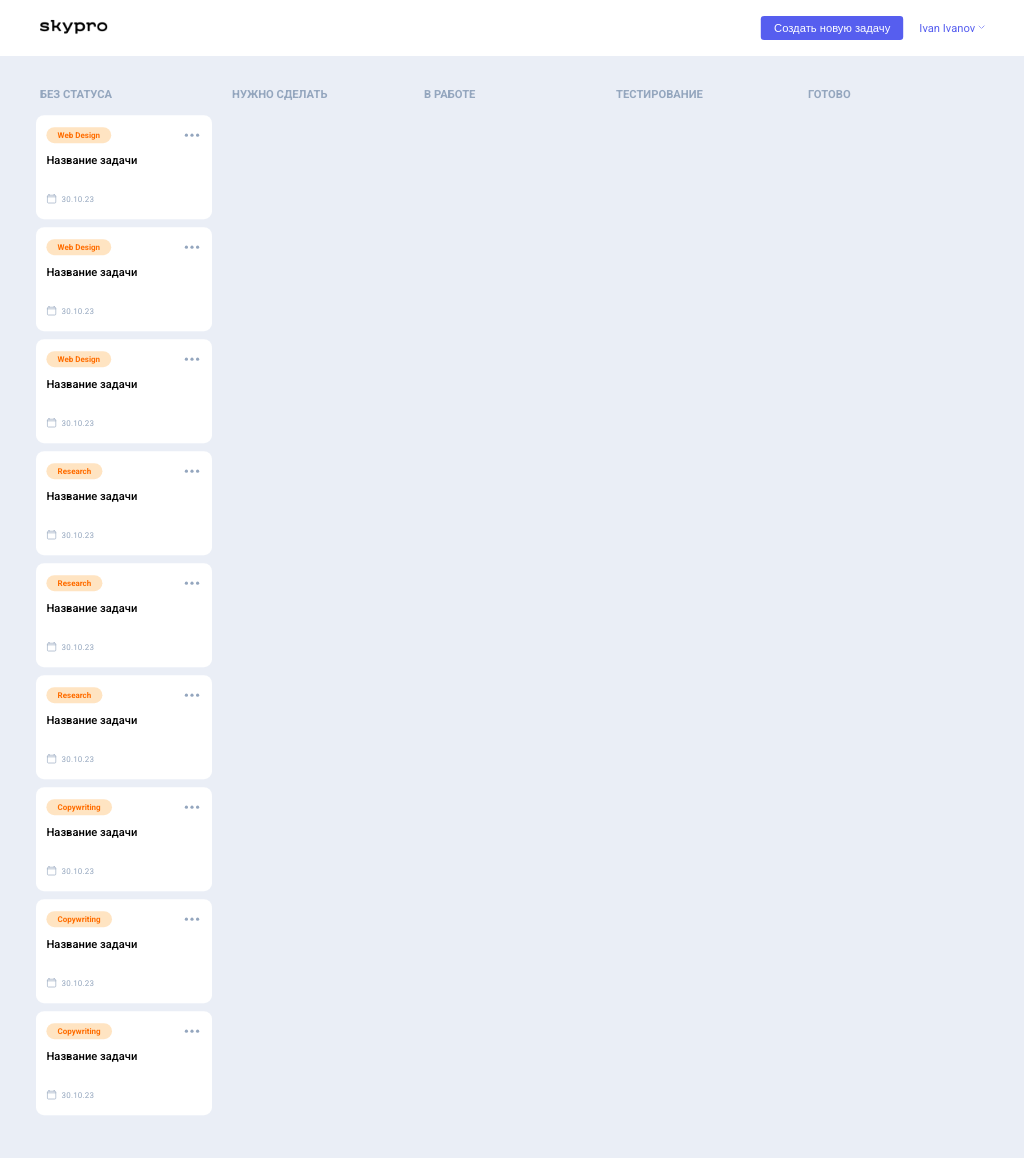
Repository: Olchik-resh/skypro-kanban
Page: /
These files come from the project's save history. The page is drawn as it stood at one moment and after the next save; the edit follows.
The browser window is 1280 px wide. The pictures show the whole page, at 80% of full size.
The project was rebuilt for these pictures with package versions that can differ from the ones it lists, and the page was loaded fresh each time. Also part of the build but not shown: vite.config.js.

Above is the page before, as saved 2025-07-27 13:45:24.

### index.html
<!doctype html>
<html lang="">
  <head>
    <meta charset="UTF-8" />
    <link rel="icon" href="/public/favicon.ico" />
    <meta name="viewport" content="width=device-width, initial-scale=1.0" />
    <link rel="preconnect" href="https://fonts.googleapis.com" />
    <link rel="preconnect" href="https://fonts.gstatic.com" crossorigin />
    <link
      href="https://fonts.googleapis.com/css2?family=Roboto+Flex:opsz,wght@8..144,200;8..144,300;8..144,400;8..144,700;8..144,800;8..144,900&family=Roboto:wght@400;500;700&display=swap"
      rel="stylesheet"
    />
    <title>Skypro</title>
  </head>
  <body>
    <div id="app"></div>
    <script type="module" src="/src/main.js"></script>
  </body>
</html>

### src/components/BaseHeader.vue
<template>
  <header class="header">
    <div class="container">
      <div class="header__block">
        <div class="header__logo _show _light">
          <a href="" target="_self"><img src="/src/assets/images/logo.png" alt="logo" /></a>
        </div>
        <div class="header__logo _dark">
          <a href="" target="_self"><img src="/src/assets/images/logo_dark.png" alt="logo" /></a>
        </div>
        <nav class="header__nav">
          <button class="header__btn-main-new _hover01" id="btnMainNew">
            <a href="#popNewCard">Создать новую задачу</a>
          </button>
          <UserModal />
        </nav>
      </div>
    </div>
  </header>
</template>

<script setup>
import UserModal from './UserModal.vue'
</script>

<style lang="scss" scoped></style>

### src/components/ExitModal.vue
<template>
  <div class="pop-exit__container">
    <div class="pop-exit__block">
      <div class="pop-exit__ttl">
        <h2>Выйти из аккаунта?</h2>
      </div>
      <form class="pop-exit__form" id="formExit" action="#">
        <div class="pop-exit__form-group">
          <button class="pop-exit__exit-yes _hover01" id="exitYes">
            <a href="modal/signin.html">Да, выйти</a>
          </button>
          <button class="pop-exit__exit-no _hover03" id="exitNo">
            <a href="main.html">Нет, остаться</a>
          </button>
        </div>
      </form>
    </div>
  </div>
</template>

<script setup></script>

<style lang="scss" scoped></style>

### src/components/NewCardModal.vue
<template>
  <div class="pop-new-card__container">
    <div class="pop-new-card__block">
      <div class="pop-new-card__content">
        <h3 class="pop-new-card__ttl">Создание задачи</h3>
        <a href="#" class="pop-new-card__close">&#10006;</a>
        <div class="pop-new-card__wrap">
          <form class="pop-new-card__form form-new" id="formNewCard" action="#">
            <div class="form-new__block">
              <label for="formTitle" class="subttl">Название задачи</label>
              <input
                class="form-new__input"
                type="text"
                name="name"
                id="formTitle"
                placeholder="Введите название задачи..."
                autofocus
              />
            </div>
            <div class="form-new__block">
              <label for="textArea" class="subttl">Описание задачи</label>
              <textarea
                class="form-new__area"
                name="text"
                id="textArea"
                placeholder="Введите описание задачи..."
              ></textarea>
            </div>
          </form>
          <div class="pop-new-card__calendar calendar">
            <p class="calendar__ttl subttl">Даты</p>
            <div class="calendar__block">
              <div class="calendar__nav">
                <div class="calendar__month">Сентябрь 2023</div>
                <div class="nav__actions">
                  <div class="nav__action" data-action="prev">
                    <svg
                      xmlns="http://www.w3.org/2000/svg"
                      width="6"
                      height="11"
                      viewBox="0 0 6 11"
                    >
                      <path
                        d="M5.72945 1.95273C6.09018 1.62041 6.09018 1.0833 5.72945 0.750969C5.36622 0.416344 4.7754 0.416344 4.41218 0.750969L0.528487 4.32883C-0.176162 4.97799 -0.176162 6.02201 0.528487 6.67117L4.41217 10.249C4.7754 10.5837 5.36622 10.5837 5.72945 10.249C6.09018 9.9167 6.09018 9.37959 5.72945 9.04727L1.87897 5.5L5.72945 1.95273Z"
                      />
                    </svg>
                  </div>
                  <div class="nav__action" data-action="next">
                    <svg
                      xmlns="http://www.w3.org/2000/svg"
                      width="6"
                      height="11"
                      viewBox="0 0 6 11"
                    >
                      <path
                        d="M0.27055 9.04727C-0.0901833 9.37959 -0.0901832 9.9167 0.27055 10.249C0.633779 10.5837 1.2246 10.5837 1.58783 10.249L5.47151 6.67117C6.17616 6.02201 6.17616 4.97799 5.47151 4.32883L1.58782 0.75097C1.2246 0.416344 0.633778 0.416344 0.270549 0.75097C-0.0901831 1.0833 -0.090184 1.62041 0.270549 1.95273L4.12103 5.5L0.27055 9.04727Z"
                      />
                    </svg>
                  </div>
                </div>
              </div>
              <div class="calendar__content">
                <div class="calendar__days-names">
                  <div class="calendar__day-name">пн</div>
                  <div class="calendar__day-name">вт</div>
                  <div class="calendar__day-name">ср</div>
                  <div class="calendar__day-name">чт</div>
                  <div class="calendar__day-name">пт</div>
                  <div class="calendar__day-name -weekend-">сб</div>
                  <div class="calendar__day-name -weekend-">вс</div>
                </div>
                <div class="calendar__cells">
                  <div class="calendar__cell _other-month">28</div>
                  <div class="calendar__cell _other-month">29</div>
                  <div class="calendar__cell _other-month">30</div>
                  <div class="calendar__cell _cell-day">31</div>
                  <div class="calendar__cell _cell-day">1</div>
                  <div class="calendar__cell _cell-day _weekend">2</div>
                  <div class="calendar__cell _cell-day _weekend">3</div>
                  <div class="calendar__cell _cell-day">4</div>
                  <div class="calendar__cell _cell-day">5</div>
                  <div class="calendar__cell _cell-day">6</div>
                  <div class="calendar__cell _cell-day">7</div>
                  <div class="calendar__cell _cell-day _current">8</div>
                  <div class="calendar__cell _cell-day _weekend">9</div>
                  <div class="calendar__cell _cell-day _weekend">10</div>
                  <div class="calendar__cell _cell-day">11</div>
                  <div class="calendar__cell _cell-day">12</div>
                  <div class="calendar__cell _cell-day">13</div>
                  <div class="calendar__cell _cell-day">14</div>
                  <div class="calendar__cell _cell-day">15</div>
                  <div class="calendar__cell _cell-day _weekend">16</div>
                  <div class="calendar__cell _cell-day _weekend">17</div>
                  <div class="calendar__cell _cell-day">18</div>
                  <div class="calendar__cell _cell-day">19</div>
                  <div class="calendar__cell _cell-day">20</div>
                  <div class="calendar__cell _cell-day">21</div>
                  <div class="calendar__cell _cell-day">22</div>
                  <div class="calendar__cell _cell-day _weekend">23</div>
                  <div class="calendar__cell _cell-day _weekend">24</div>
                  <div class="calendar__cell _cell-day">25</div>
                  <div class="calendar__cell _cell-day">26</div>
                  <div class="calendar__cell _cell-day">27</div>
                  <div class="calendar__cell _cell-day">28</div>
                  <div class="calendar__cell _cell-day">29</div>
                  <div class="calendar__cell _cell-day _weekend">30</div>
                  <div class="calendar__cell _other-month _weekend">1</div>
                </div>
              </div>

              <input type="hidden" id="datepick_value" value="08.09.2023" />
              <div class="calendar__period">
                <p class="calendar__p date-end">
                  Выберите срок исполнения <span class="date-control"></span>.
                </p>
              </div>
            </div>
          </div>
        </div>
        <div class="pop-new-card__categories categories">
          <p class="categories__p subttl">Категория</p>
          <div class="categories__themes">
            <div class="categories__theme _orange _active-category">
              <p class="_orange">Web Design</p>
            </div>
            <div class="categories__theme _green">
              <p class="_green">Research</p>
            </div>
            <div class="categories__theme _purple">
              <p class="_purple">Copywriting</p>
            </div>
          </div>
        </div>
        <button class="form-new__create _hover01" id="btnCreate">Создать задачу</button>
      </div>
    </div>
  </div>
</template>

<script setup></script>

<style lang="scss" scoped></style>

### src/components/TaskDesk.vue
<template>
  <main class="main">
    <div class="container">
      <div class="main__block">
        <div class="main__content">
          <TaskColumn :tasks="noStatusTask" title="Без статуса" />
          <TaskColumn :tasks="doStatusTask" title="Нужно сделать" />
          <TaskColumn :tasks="workStatusTask" title="В работе" />
          <TaskColumn :tasks="testStatusTask" title="Тестирование" />
          <TaskColumn :tasks="readyStatusTask" title="Готово" />
        </div>
      </div>
    </div>
  </main>
</template>

<script setup>
import { computed, onMounted, ref } from 'vue'
import TaskColumn from './TaskColumn.vue'
import { getTasks } from './mokcs/tasks.js'
const tasks = ref([])
const noStatusTask = computed(() => {
  return tasks.value.filter((el) => {
    return el.status === 'Без статуса'
  })
})
const doStatusTask = computed(() => {
  return tasks.value.filter((el) => {
    return el.status === 'Нужно сделать'
  })
})
const workStatusTask = computed(() => {
  return tasks.value.filter((el) => {
    return el.status === 'В работе'
  })
})
const testStatusTask = computed(() => {
  return tasks.value.filter((el) => {
    return el.status === 'Тестирование'
  })
})
const readyStatusTask = computed(() => {
  return tasks.value.filter((el) => {
    return el.status === 'Готово'
  })
})
onMounted(() => {
  tasks.value = getTasks()
})
</script>

<style lang="scss" scoped></style>

### src/components/UserModal.vue
<template>
  <a
    href="#user-set-target"
    class="header__user _hover02"
    @click="isUserModalVisible = !isUserModalVisible"
    >Ivan Ivanov</a
  >
  <div class="header__pop-user-set pop-user-set" id="user-set-target" v-if="!isUserModalVisible">
    <p class="pop-user-set__name">Ivan Ivanov</p>
    <p class="pop-user-set__mail">ivan.ivanov@gmail.com</p>
    <div class="pop-user-set__theme">
      <p>Темная тема</p>
      <input type="checkbox" class="checkbox" name="checkbox" />
    </div>
    <button type="button" class="_hover03"><a href="#popExit">Выйти</a></button>
  </div>
</template>

<script setup>
import { ref } from 'vue'
const isUserModalVisible = ref(true)
</script>

<style lang="scss" scoped></style>

### src/components/TaskColumn.vue
<template>
  <div class="main__column column">
    <div class="column__title">
      <p>{{ title }}</p>
    </div>
    <TaskCard v-for="task in tasks" :key="task.id" v-bind="task" />
  </div>
</template>

<script setup>
import TaskCard from './TaskCard.vue'

defineProps({
  tasks: { type: Array, require: true },
  title: { type: String, require: true },
})
</script>

<style lang="scss" scoped></style>

### src/components/TaskCard.vue
<template>
  <div class="cards" v-for="task in tasks" :key="task.id">
    <div class="cards__item">
      <div class="cards__card card">
        <div class="card__group">
          <div class="card__theme _orange">
            <p class="_orange">{{ topic }}</p>
          </div>
          <a href="#popBrowse" target="_self">
            <div class="card__btn">
              <div></div>
              <div></div>
              <div></div>
            </div>
          </a>
        </div>
        <div class="card__content">
          <a href="" target="_blank">
            <h3 class="card__title">{{ title }}</h3>
          </a>
          <div class="card__date">
            <svg
              xmlns="http://www.w3.org/2000/svg"
              width="13"
              height="13"
              viewBox="0 0 13 13"
              fill="none"
            >
              <g clip-path="url(#clip0_1_415)">
                <path
                  d="M10.5625 2.03125H2.4375C1.7644 2.03125 1.21875 2.5769 1.21875 3.25V10.5625C1.21875 11.2356 1.7644 11.7812 2.4375 11.7812H10.5625C11.2356 11.7812 11.7812 11.2356 11.7812 10.5625V3.25C11.7812 2.5769 11.2356 2.03125 10.5625 2.03125Z"
                  stroke="#94A6BE"
                  stroke-width="0.8"
                  stroke-linejoin="round"
                />
                <path
                  d="M11.7812 4.0625H1.21875M3.25 1.21875V2.03125V1.21875ZM9.75 1.21875V2.03125V1.21875Z"
                  stroke="#94A6BE"
                  stroke-width="0.8"
                  stroke-linecap="round"
                  stroke-linejoin="round"
                />
              </g>
              <defs>
                <clipPath id="clip0_1_415">
                  <rect width="13" height="13" fill="white" />
                </clipPath>
              </defs>
            </svg>
            <p>{{ date }}</p>
          </div>
        </div>
      </div>
    </div>
  </div>
</template>

<script setup>
import { getTasks } from './mokcs/tasks.js'
import { onMounted, ref } from 'vue'
const tasks = ref([])
onMounted(() => {
  tasks.value = getTasks()
});
defineProps({
  topic: String,
  title: String,
  date: String,
  status: String,
})
</script>

<style lang="scss" scoped></style>

Loaded but not shown: src/App.vue (common file); src/router/index.js (common file); src/components/mokcs/tasks.js (15 lines, source omitted); src/main.js (8 lines, source omitted); src/assets/css/main.css (1107 lines, source omitted); src/views/HomeView.vue (200 lines, source omitted)

After the next save:
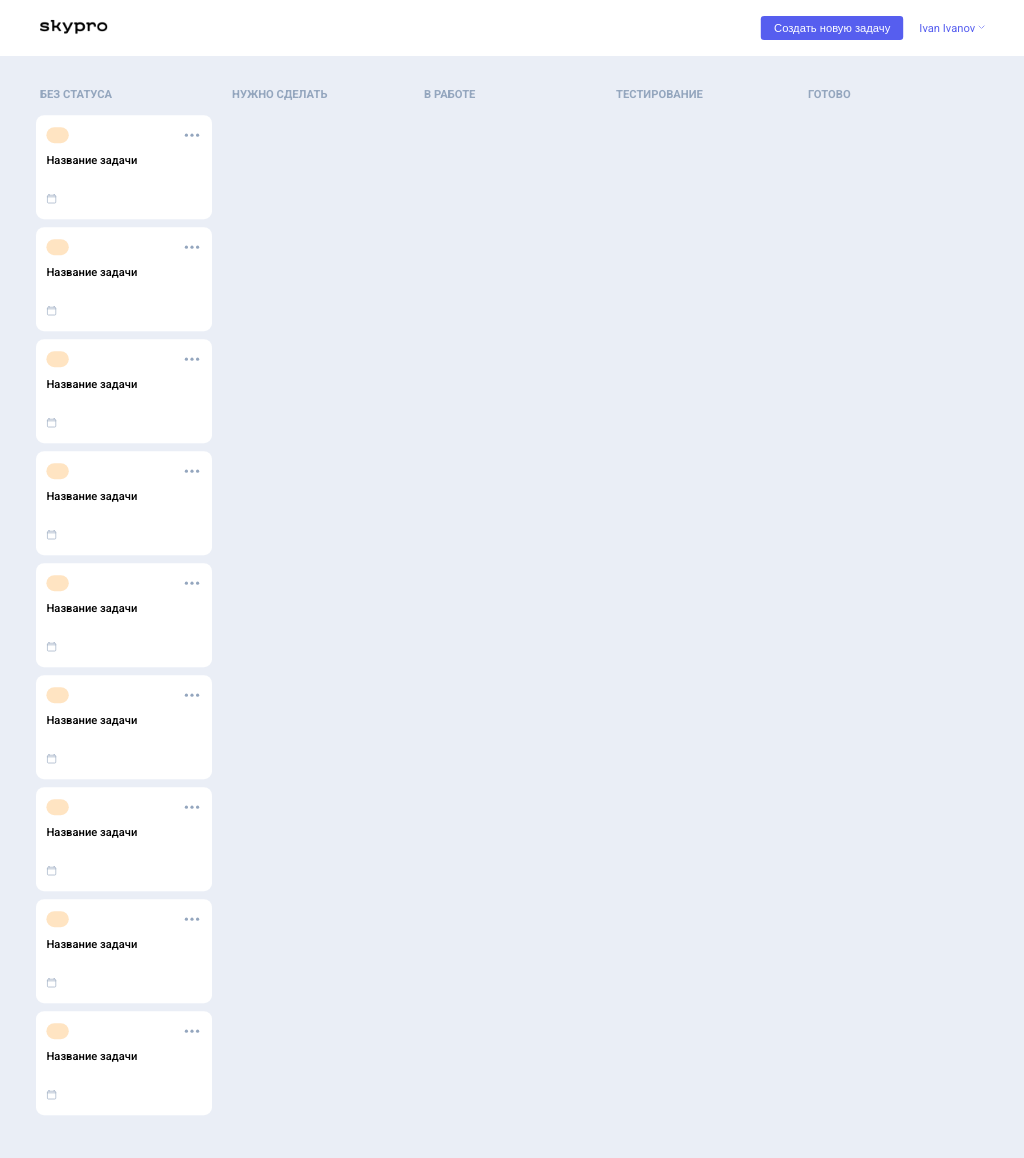
Saved 4 min 9 s later.
--- a/src/components/TaskColumn.vue
+++ b/src/components/TaskColumn.vue
@@ -3,7 +3,7 @@
     <div class="column__title">
       <p>{{ title }}</p>
     </div>
-    <TaskCard v-for="task in tasks" :key="task.id" v-bind="task" />
+    <TaskCard v-for="task in tasks" :key="task.id" :title="task.title" :status="task.status" />
   </div>
 </template>
 
